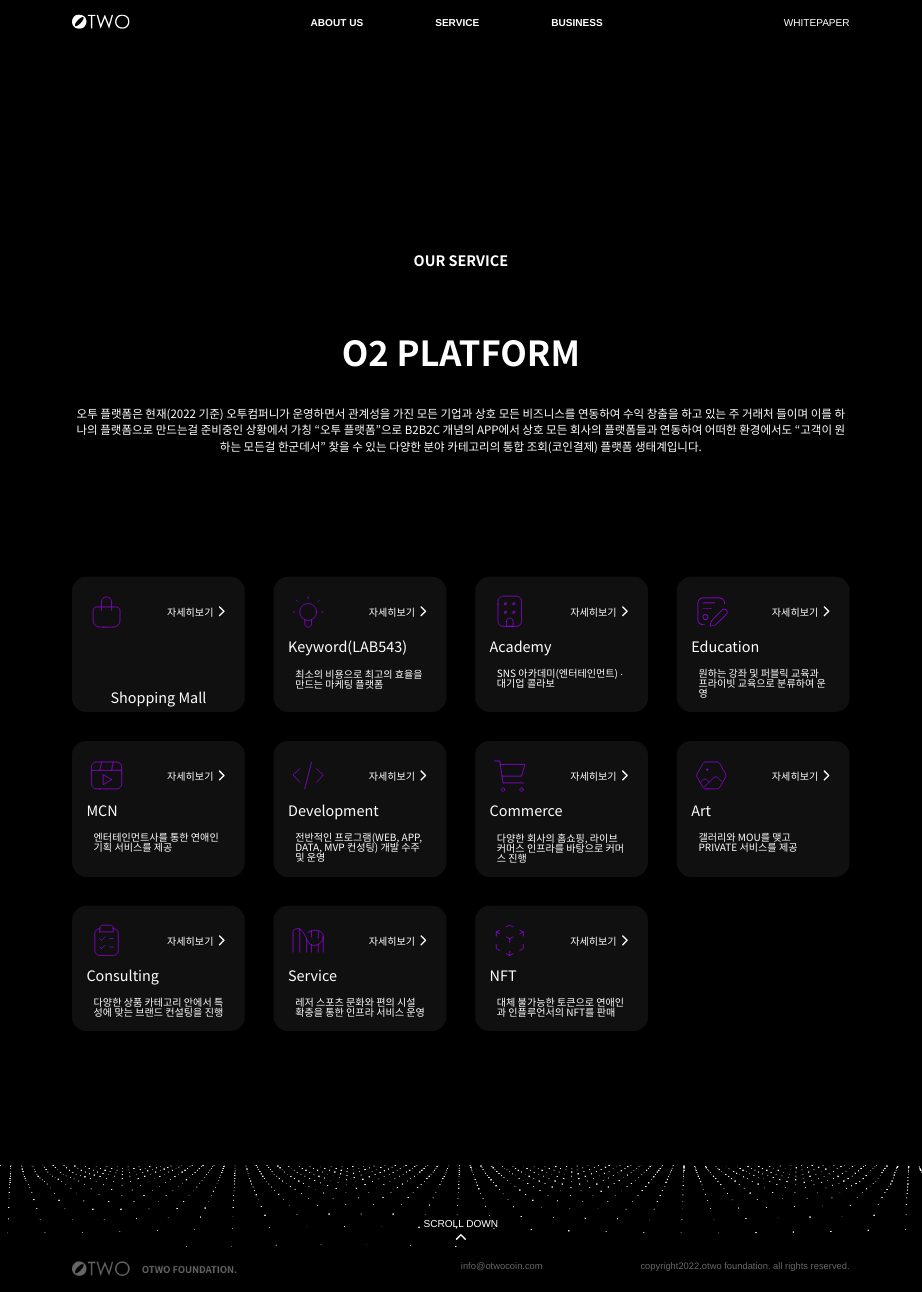
Repository: songhun115/Otwo
Page: service.html
The author's editor kept a copy of each file at every save. The page is drawn from the files as they stood at one save, then again after the next save.
The browser window is 1280 px wide. The pictures show the whole page, at 72% of full size.

Above is the page before, as saved 2022-11-23 10:23:31.
Not found: js/three.js

After the next save:
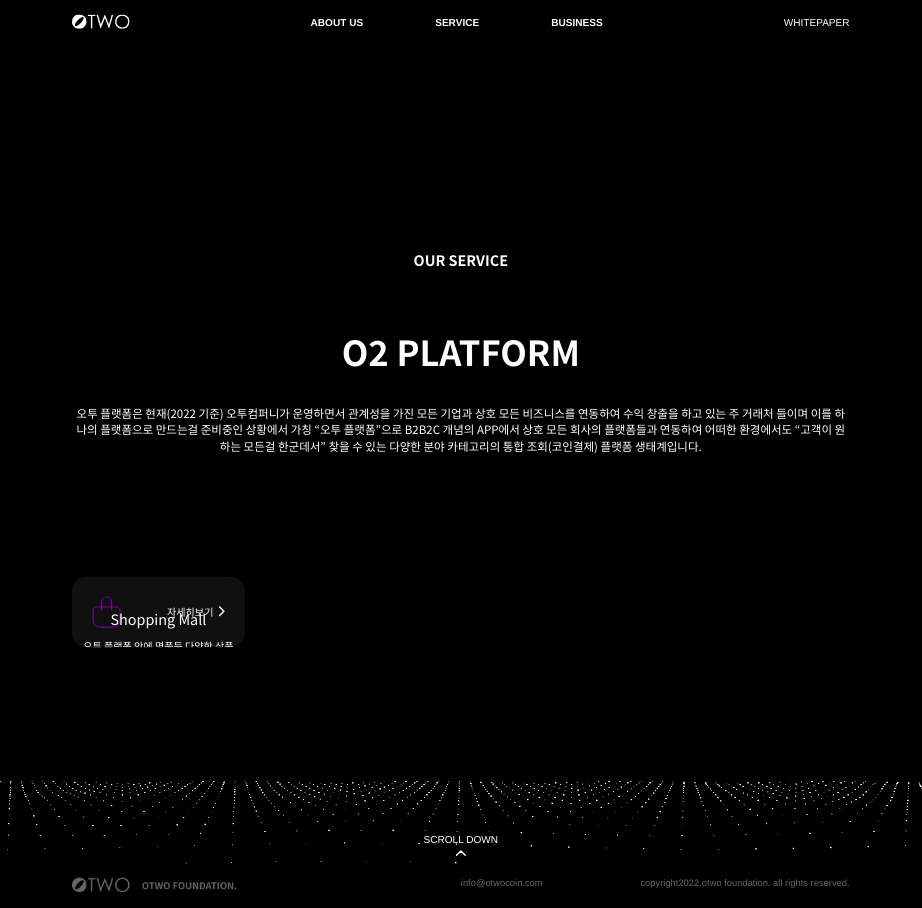
Saved 95 s later.
--- a/service.html
+++ b/service.html
@@ -100,7 +100,7 @@
             </div>
             </a>
             </li>
-            <li class="platform-item">
+            <!-- <li class="platform-item">
                 <a href="sub-page/keyword.html">
                 <div class="platform-img">
                     <img class="none-hover" src="img/keywrod.svg" alt="">
@@ -260,7 +260,7 @@
                     대체 불가능한 토큰으로 연애인과 인플루언서의 NFT를 판매
                 </div>
             </a>
-            </li>
+            </li> -->
 
 
 
